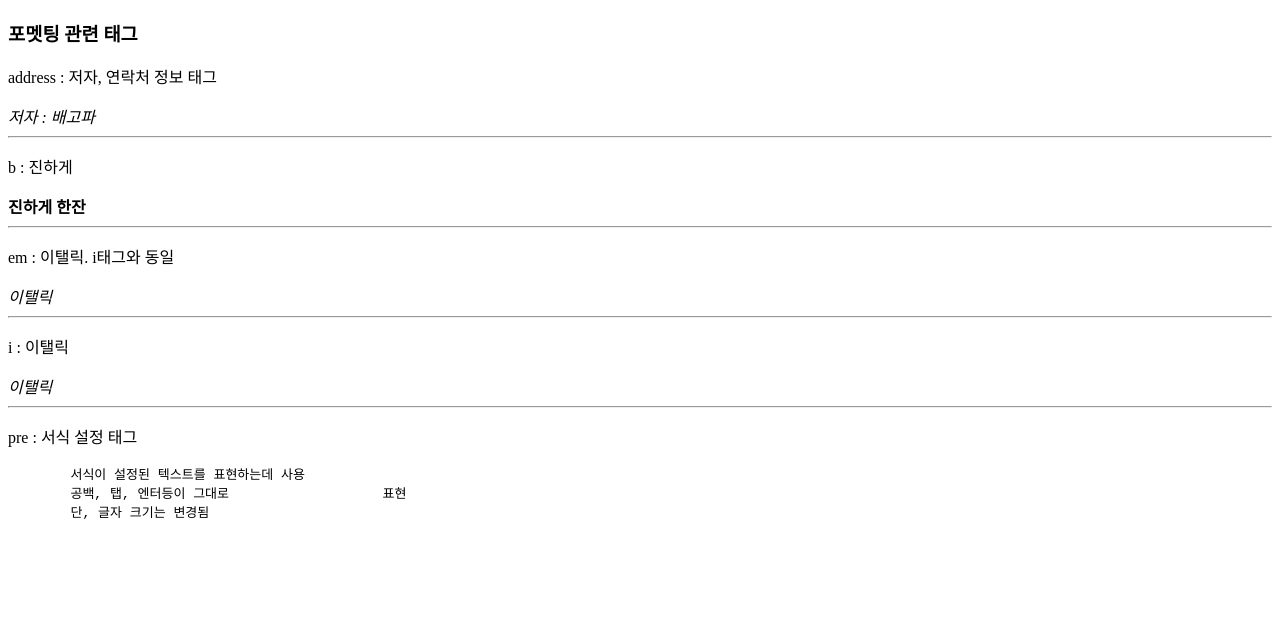
Repository: JiYoon0712/HTML_CSS_javascript
Page: work/study/src/main/webapp/htmlEx/ch02/ex07.html
These files come from the project's save history. The page is drawn as it stood at one moment and after a run of saves; the edit follows.
The browser window is 1280 px wide. The pictures show the whole page.

Above is the page before, as saved 2023-04-03 03:41:39.

### work/study/src/main/webapp/htmlEx/ch02/ex07.html
<!DOCTYPE html>
<html>
<head>
<meta charset="UTF-8">
<title>Insert title here</title>
</head>
<body>

<h3> 포멧팅 관련 태그 </h3>

<p>address : 저자, 연락처 정보 태그</p>
<address>저자 : 배고파</address>
<hr>

<p> b : 진하게 </p>
<b>진하게 한잔</b>
<hr>

<p> em : 이탤릭. i태그와 동일 </p>
<em>이탤릭</em>
<hr>

<p> i : 이탤릭 </p>
<i>이탤릭</i>
<hr>

<p> pre : 서식 설정 태그 </p>
<pre>
	서식이 설정된 텍스트를 표현하는데 사용
	공백, 탭, 엔터등이 그대로 			표현
	단, 글자 크기는 변경됨
</pre>


</body>
</html>

After the next 2 saves:
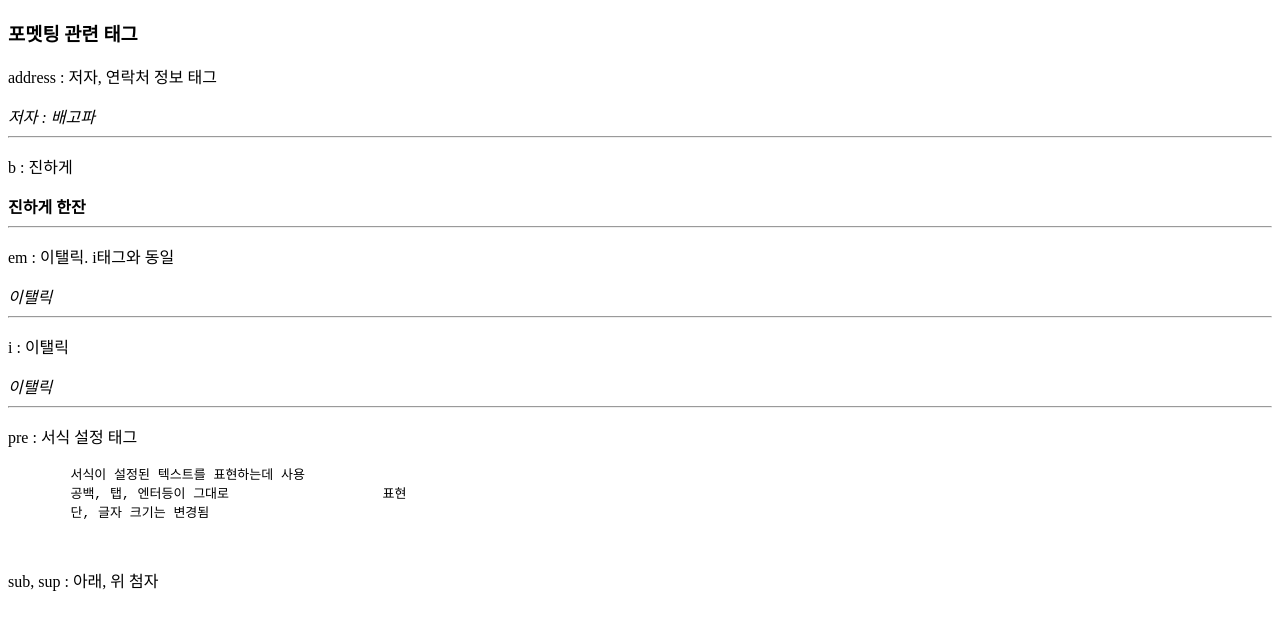
The 2 saves are shown as one change because they came seconds apart.
The last was saved 21 s later.
--- a/work/study/src/main/webapp/htmlEx/ch02/ex07.html
+++ b/work/study/src/main/webapp/htmlEx/ch02/ex07.html
@@ -30,7 +30,9 @@
 	공백, 탭, 엔터등이 그대로 			표현
 	단, 글자 크기는 변경됨
 </pre>
+<br>
 
+<p> sub, sup : 아래, 위 첨자 </p>
 
 </body>
 </html>
